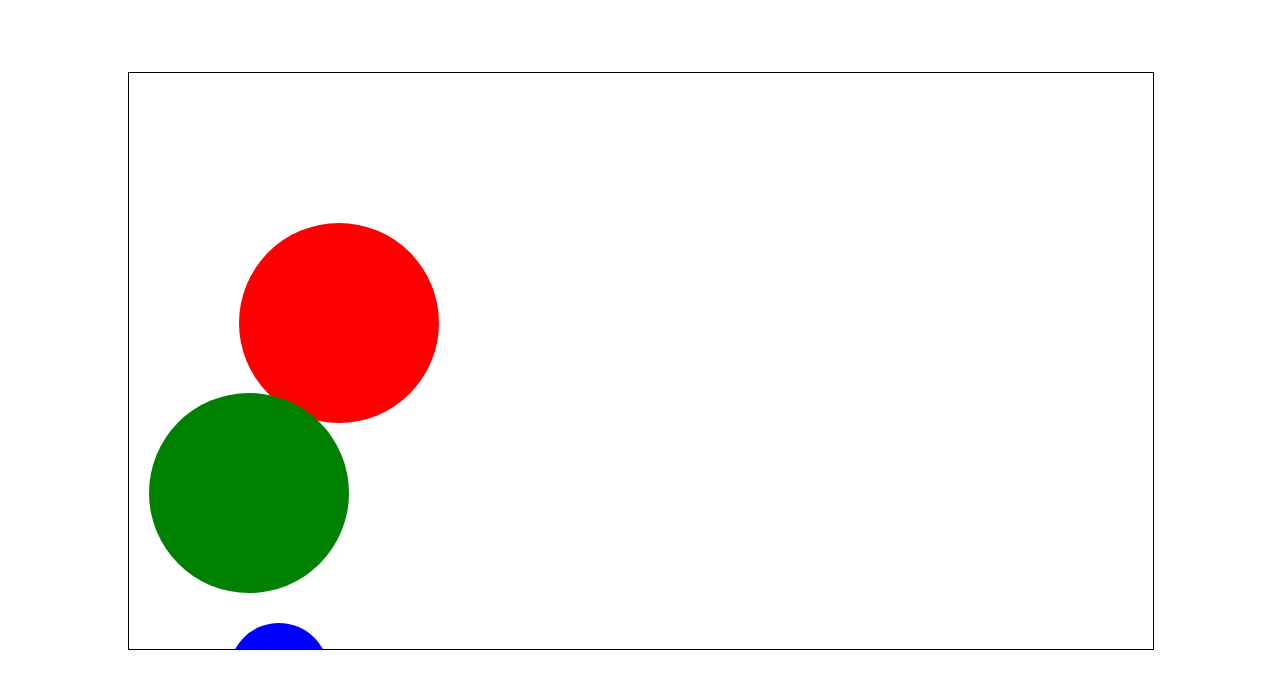
Repository: themoomooo/testgitajout
Page: index.html
An editor plug-in stored every save of this project. The page is shown before and after a run of saves, followed by the edit.
The browser window is 1280 px wide. The pictures show the whole page.

Above is the page before, as saved 2023-01-23 16:15:57.

After the next 6 saves:
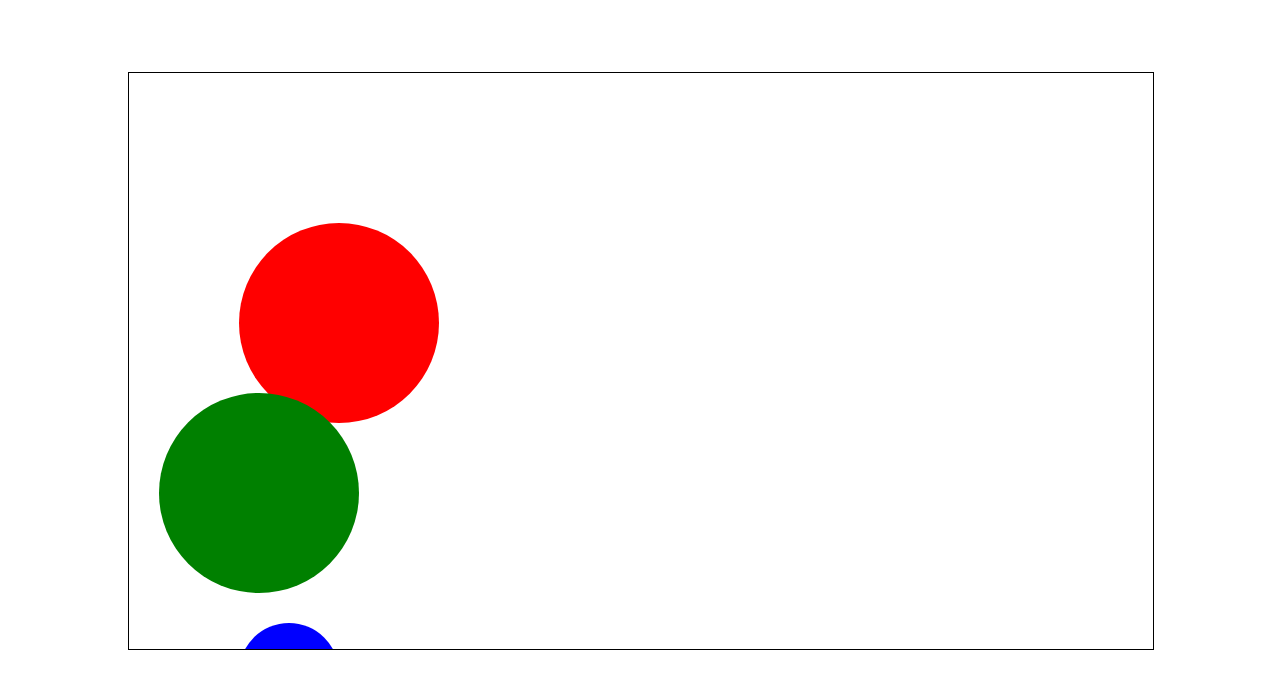
The 6 saves are shown as one change because they came seconds apart.
The last was saved 2 min 35 s later.
--- a/main.js
+++ b/main.js
@@ -55,11 +55,10 @@ class Prog {
    }
 
     move(){
-        this.balles[0].move();
-     /*   for (let i = 0; i < this.balles.length; i++) {
 
+    for (let i = 0; i < this.balles.length; i++) {
         this.balles[i].move();
-       } */
+       }
     }
 }
 
